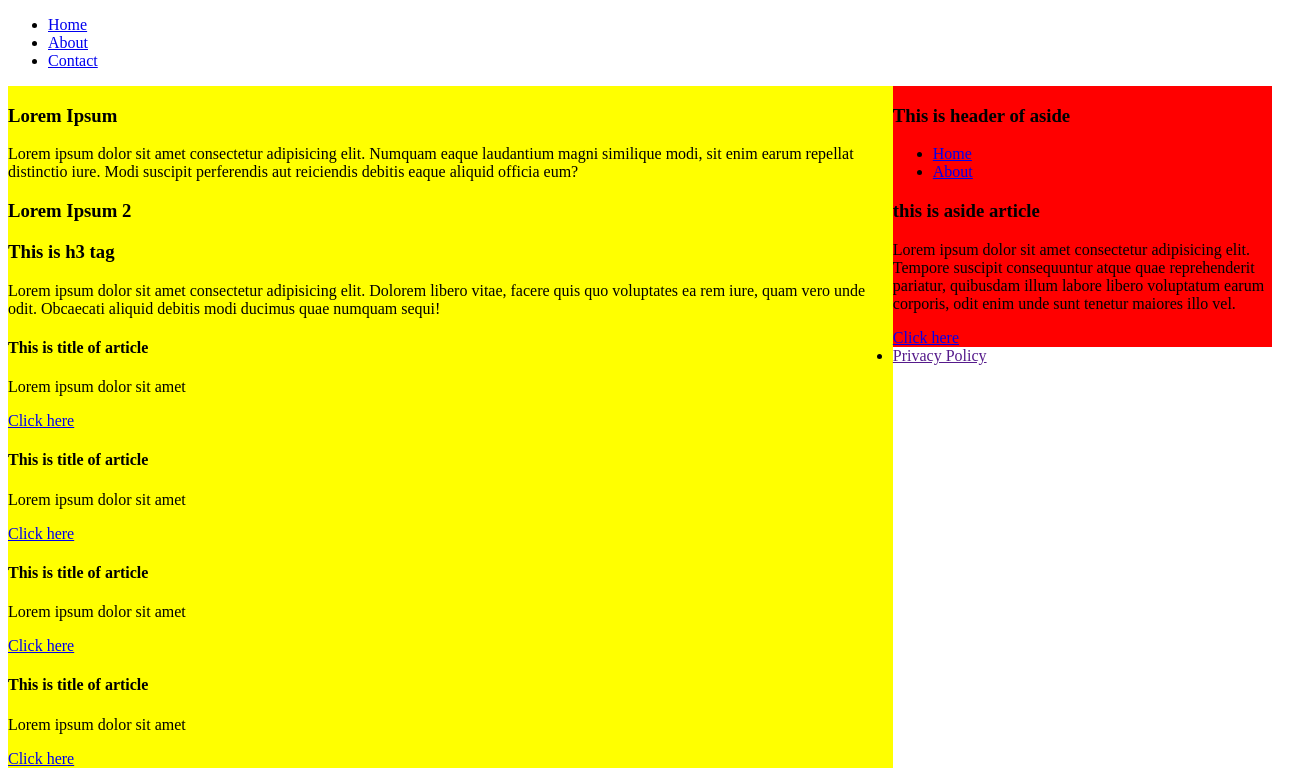
Repository: fisikusari/test-repo
Page: index.html
An editor plug-in stored every save of this project. The page is shown before and after the next save, followed by the edit.
The browser window is 1280 px wide. The page is 1280 px wide, then 1296 px, so the pictures cover 1296 px, including what lies to the right of the window. The pictures show the whole page.

Above is the page before, as saved 2021-11-11 18:25:29.

### index.html
<!DOCTYPE html>

<html lang="en">

<head>
  <meta charset="UTF-8">
  <meta http-equiv="X-UA-Compatible" content="IE=edge">
  <meta name="viewport" content="width=device-width, initial-scale=1.0">
  <title>Fisnik</title>
</head>
<nav>
  <ul>
    <li><a href="#">Home</a></li>
    <li><a href="about.html">About</a></li>
    <li><a href="contact.html">Contact</a></li>
  </ul>
</nav>

<style>
  nav {
    width: 100%;
  }

  .main {
    display: block;
    width: 70%;
    float: left;
    background: yellow;
  }

  aside {
    width: 30%;
    float: right;
    background-color: red;
  }

  footer {
    width: 100%;
    display: block;
  }
</style>

<body>
  <section class="main">
    <section>
      <h1>Lorem Ipsum</h1>
      <p>Lorem ipsum dolor sit amet consectetur adipisicing elit. Numquam eaque laudantium magni similique modi, sit enim earum repellat distinctio iure. Modi suscipit perferendis
        aut reiciendis debitis eaque aliquid officia eum?</p>
    </section>
    <section>
      <h1>Lorem Ipsum 2</h1>
      <h3>This is h3 tag</h3>
      <p>Lorem ipsum dolor sit amet consectetur adipisicing elit. Dolorem libero vitae, facere quis quo voluptates ea rem iure, quam vero unde odit. Obcaecati aliquid debitis modi
        ducimus quae numquam sequi!</p>
    </section>
    <section>
      <article>
        <h1>This is title of article</h1>
        <p>Lorem ipsum dolor sit amet</p>
        <a href="about.html">Click here</a>
      </article>
      <article>
        <h1>This is title of article</h1>
        <p>Lorem ipsum dolor sit amet</p>
        <a href="#">Click here</a>
      </article>
    </section>
    <section>
      <article>
        <h1>This is title of article</h1>
        <p>Lorem ipsum dolor sit amet</p>
        <a href="about.html">Click here</a>
      </article>
      <article>
        <h1>This is title of article</h1>
        <p>Lorem ipsum dolor sit amet</p>
        <a href="#">Click here</a>
      </article>
    </section>

  </section>
  <aside>
    <h3>This is header of aside</h3>
    <nav>
      <ul>
        <li><a href="#">Home</a></li>
        <li><a href="#">About</a></li>
      </ul>
    </nav>
    <article>
      <h1>this is aside article</h1>
      <p>Lorem ipsum dolor sit amet consectetur adipisicing elit. Tempore suscipit consequuntur atque quae reprehenderit pariatur, quibusdam illum labore libero voluptatum earum
        corporis, odit enim unde sunt tenetur maiores illo vel.</p>
      <a href="contact.html">Click here</a>
    </article>
  </aside>
</body>
<footer>
  <nav>
    <ul>
      <li><a href="">Privacy Policy</a></li>
    </ul>
  </nav>
</footer>

</html>

After the next save:
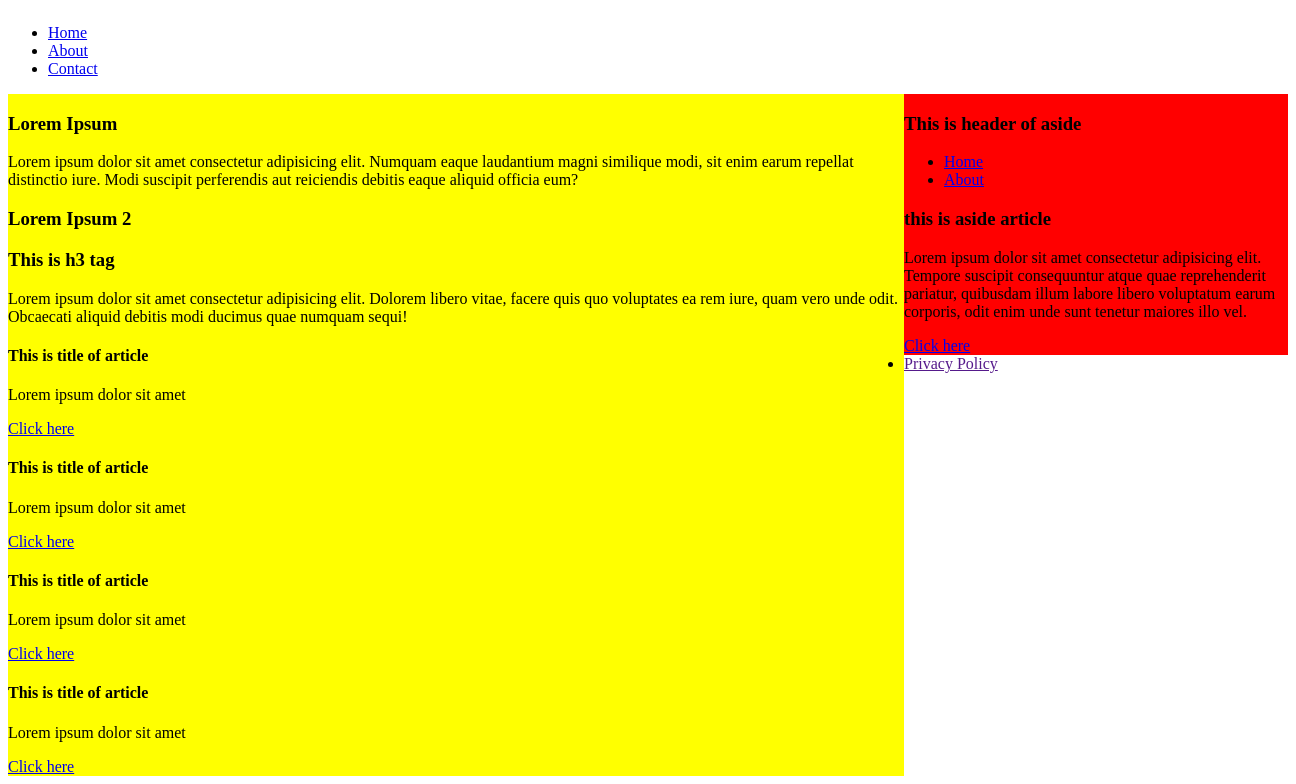
Saved 43 s later.
--- a/index.html
+++ b/index.html
@@ -19,6 +19,12 @@
 <style>
   nav {
     width: 100%;
+  }
+
+  body {
+    width: 100%;
+    height: auto;
+    display: inline-block;
   }
 
   .main {
